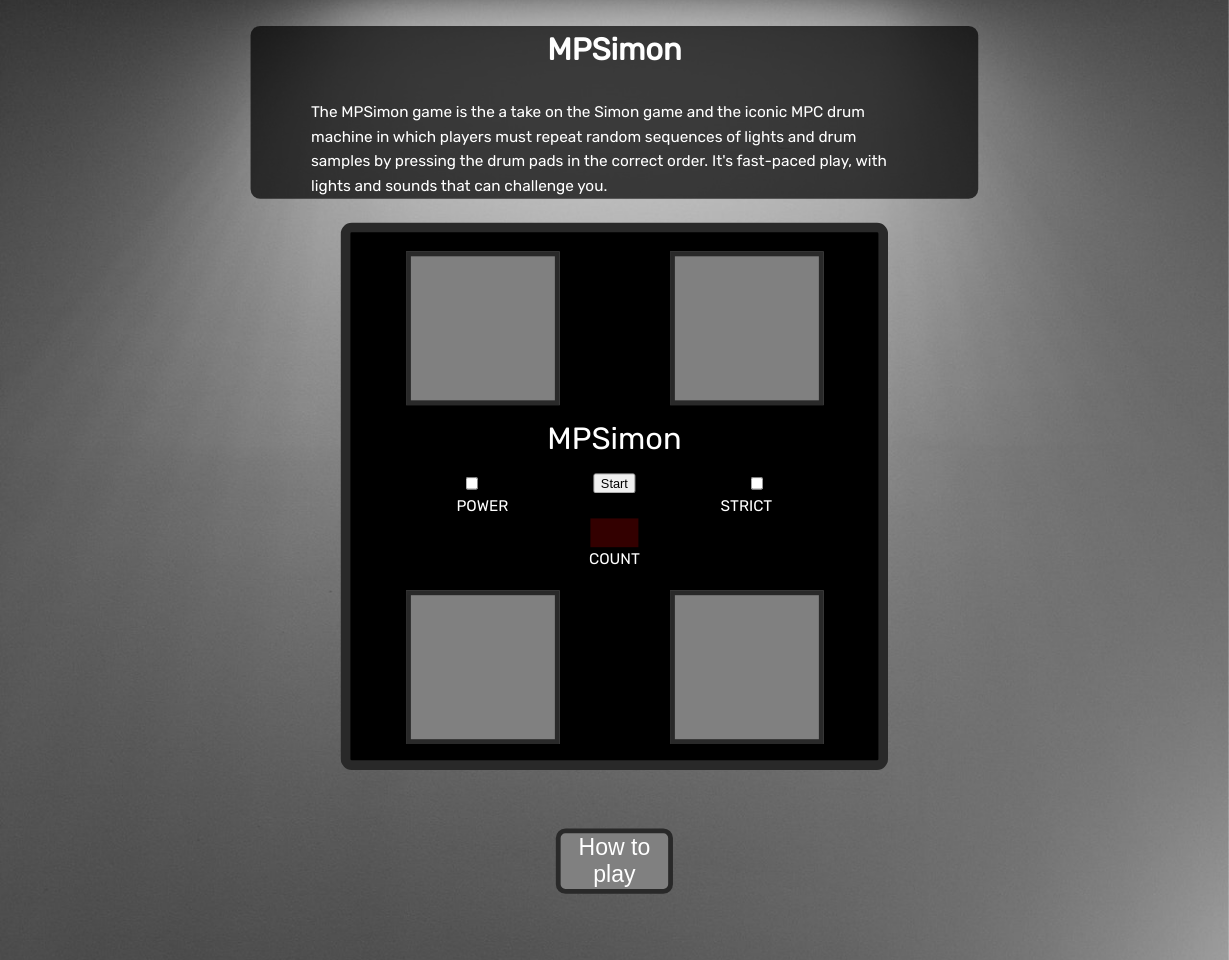
Repository: Neilfoster/MPSimon
Page: index.html
The author's editor kept a record of every edit. The page is drawn from the files as they stood at one moment, then again after the next edit.
The browser window is 1280 px wide. The pictures show the whole page, at 96% of full size.

Above is the page before.

After the next edit:
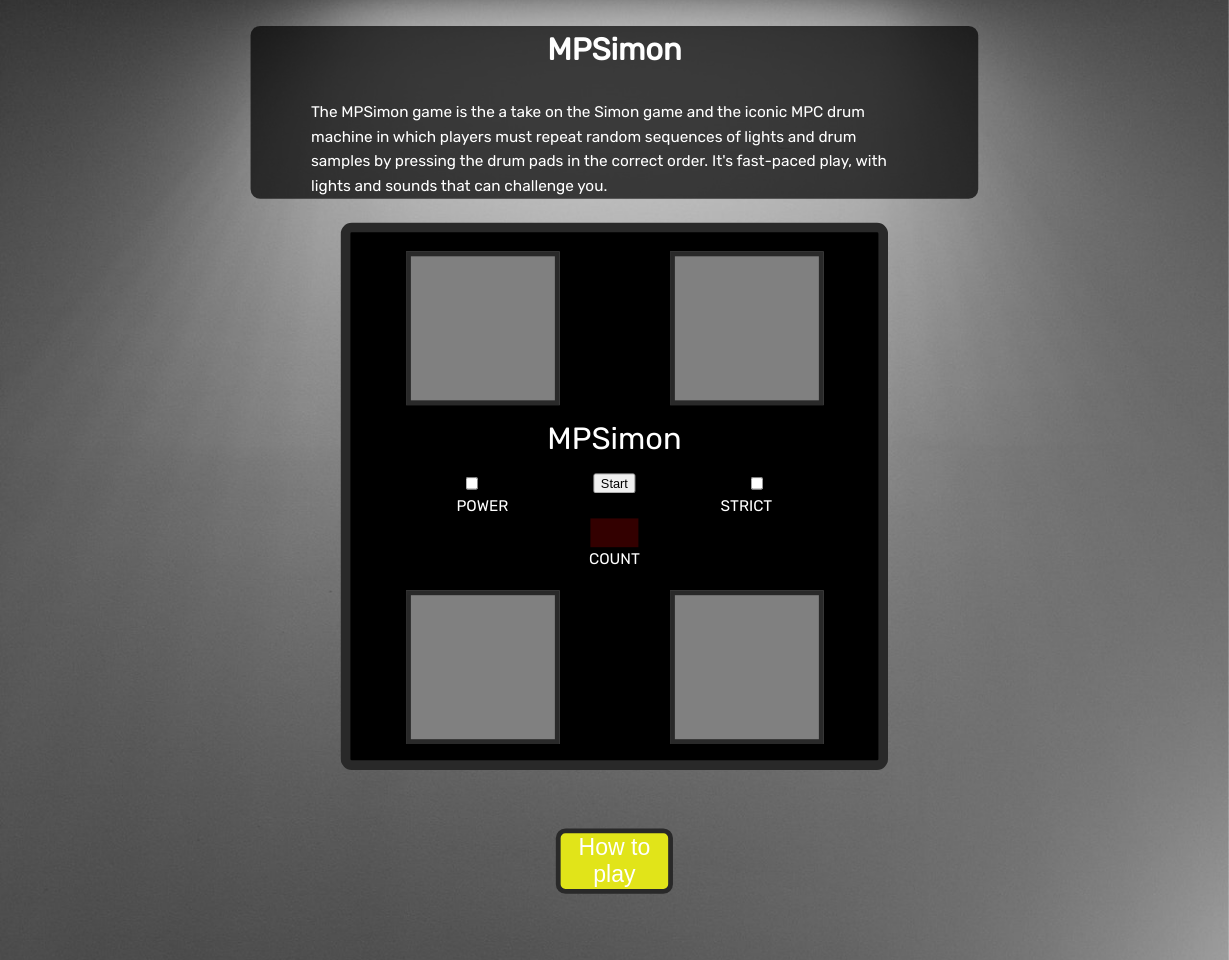
The edit:
--- a/css/style.css
+++ b/css/style.css
@@ -110,7 +110,7 @@
 
 /*Button*/
 .button {
-  background-color: grey;
+  background-color: #e1e419;
   margin: 5% 45%;
   font-size: 1.5rem;
   color: #fff;
